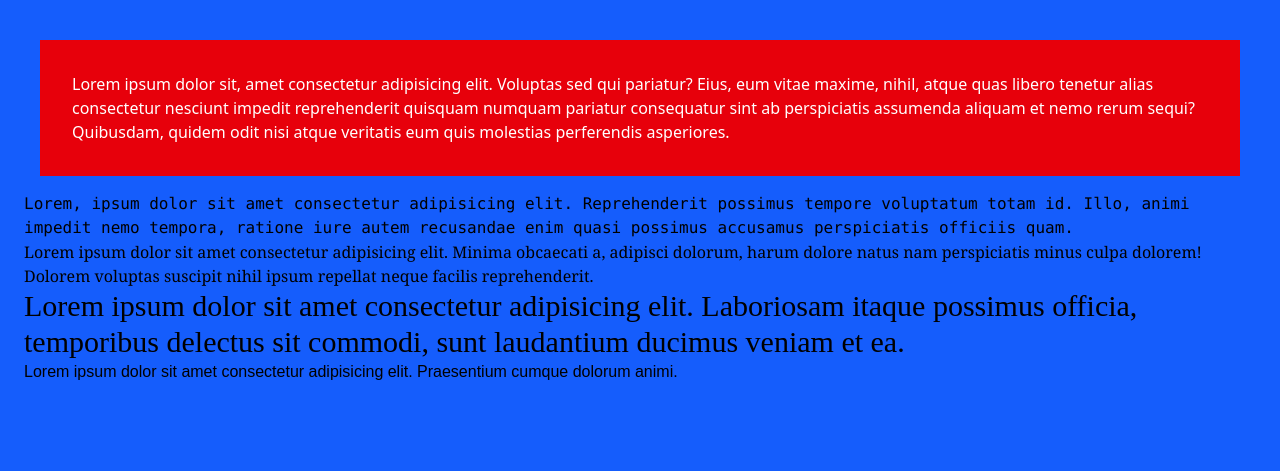
Repository: DinTri/TailwindCss
Page: index.html
The author's editor kept a copy of each file at every save. The page is drawn from the files as they stood at one save, then again after the next save.
The browser window is 1280 px wide. The pictures show the whole page.
Some web fonts or font styles are not loaded; a fallback is used.

Above is the page before, as saved 2025-06-08 00:16:13.

After the next save:
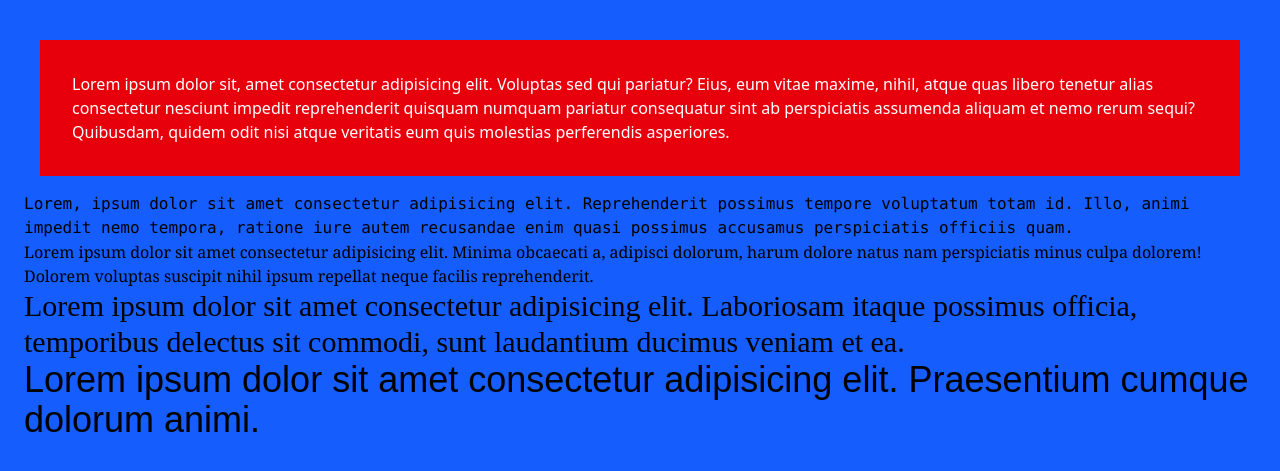
Saved 2 min 47 s later.
--- a/index.html
+++ b/index.html
@@ -15,7 +15,7 @@
     <p class="font-mono">Lorem, ipsum dolor sit amet consectetur adipisicing elit. Reprehenderit possimus tempore voluptatum totam id. Illo, animi impedit nemo tempora, ratione iure autem recusandae enim quasi possimus accusamus perspiciatis officiis quam.</p>
     <p class="font-serif">Lorem ipsum dolor sit amet consectetur adipisicing elit. Minima obcaecati a, adipisci dolorum, harum dolore natus nam perspiciatis minus culpa dolorem! Dolorem voluptas suscipit nihil ipsum repellat neque facilis reprehenderit.</p>
     <p class="text-3xl font-edu">Lorem ipsum dolor sit amet consectetur adipisicing elit. Laboriosam itaque possimus officia, temporibus delectus sit commodi, sunt laudantium ducimus veniam et ea.</p>
-    <p class="font-primary">Lorem ipsum dolor sit amet consectetur adipisicing elit. Praesentium cumque dolorum animi.</p>
+    <p class="text-4xl font-primary">Lorem ipsum dolor sit amet consectetur adipisicing elit. Praesentium cumque dolorum animi.</p>
   </div>
   </body>
 </html>
